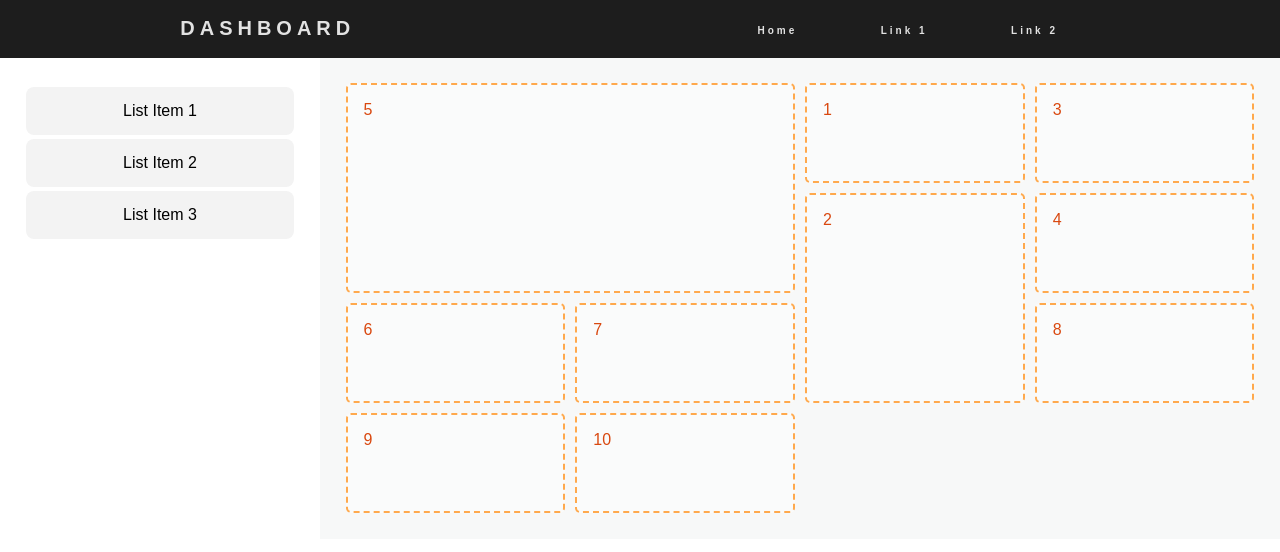
Repository: nourabdelhakam/drag-drop
Page: index.html
The author's editor kept a copy of each file at every save. The page is drawn from the files as they stood at one save, then again after the next save.
The browser window is 1280 px wide. The pictures show the whole page.

Above is the page before, as saved 2020-07-03 11:17:38.

### index.html
<!DOCTYPE html>
<html lang="en">
<head>
    <meta charset="UTF-8">
    <meta name="viewport" content="width=device-width, initial-scale=1.0">
    <meta http-equiv="X-UA-Compatible" content="ie=edge">
    <title>Drag & Drop</title>
    <link rel="stylesheet" href="nav/nav.css">
    <link rel="stylesheet" href="css/main.css">
</head>
<body>

    <!-- <nav> -->
        <nav>
            <div class="logo">
                <h4>Dashboard</h4>
            </div>
            <ul class="nav-links">
                <li><a href="">Home</a></li>
                <li><a href="">Link 1</a></li>
                <li><a href="">Link 2</a></li>
            </ul>
            <div class="burger">
                <div class="line1"></div>
                <div class="line2"></div>
                <div class="line3"></div>
            </div>
        </nav>
      <!-- </nav> end of nav -->

      <section>
                <div class="left">
                    <div class="list">
                        <div class="list-item" draggable="true">List Item 1</div>
                        <div class="list-item" draggable="true">List Item 2</div>
                        <div class="list-item" draggable="true">List Item 3</div>
                    </div>
                  </div>
                  <div class="right">
                      <div class="wrapper">
                        <div class="list">1</div>
                        <div class="list">2</div>
                        <div class="list">3</div>
                        <div class="list">4</div>
                        <div class="list">5</div>
                        <div class="list">6</div>
                        <div class="list">7</div>
                        <div class="list">8</div>
                        <div class="list">9</div>
                        <div class="list">10</div>
                      </div>
                  </div>
      </section>

    <script src="main.js" type="text/javascript"></script>
    <script src="nav/nav.js" type="text/javascript"></script>
</body>
</html>

### nav/nav.css
nav {
    display: flex;
    justify-content: space-around;
    align-items: center;
    min-height: 8vh;
    background-color: #1D1D1D;
    font-family: "Poppins", sans-serif;
}
.logo {
    color: rgb(226, 226, 226);
    text-transform: uppercase;
    letter-spacing: 5px;
    font-size: 20px;
}
.nav-links {
    display: flex;
    justify-content: space-around;
    width: 30%;
}
.nav-links li {
    list-style: none;
}
.nav-links a {
    color: rgb(226, 226, 226);
    text-decoration: none;
    letter-spacing: 3px;
    font-weight: bold;
    font-size: 10px;
}
.burger {
    display: none;
    cursor: pointer;
}
.burger div {
    width: 25px;
    height: 3px;
    background-color: rgb(226, 226, 226);
    margin: 5px;
    transition: all 0.3s ease;
}


@media screen and (max-width:1024px) {
    .nav-links {
        width: 60%;
    }
}

@media screen and (max-width:768px) {

    body {
        overflow-x: hidden;
    }
    .nav-links {
        position: absolute;
        right: 0px;
        height: 92vh;
        top: 8vh;
        background-color: #1D1D1D;
        display: flex;
        flex-direction: column;
        align-items: center;
        width: 50%;
        transform: translatex(100%);
        transition: transform 0.5s ease-in;
    }
    .nav-links li {
        opacity: 0;
    }
    .burger {
        display: block;
    }
}

.nav-active {
    transform: translatex(0%);
}

@keyframes navLinkFade {
    from {
        opacity: 0;
        transform: translatex(50%);
    }
    to {
        opacity: 1;
        transform: translatex(0%);
    }
}

.toggle .line1 {
    transform: rotate(-45deg) translate(-5px, 6px);
}
.toggle .line2 {
    opacity: 0;
}
.toggle .line3 {
    transform: rotate(45deg) translate(-5px, -6px);
}

.landing {
    height: 90vh;
    display: flex;
    justify-content: center;
    align-items: center;
}
.landing h1 {
    margin: 100px;
    font-size: 50px;
    color: #ae5fce;
}

### css/main.css
* {
    margin: 0;
    padding: 0;
    box-sizing: border-box;
}
body {
    font-family: Arial, Helvetica, sans-serif;
}
.left {
    width: 25%;
    height: 100%;
    float: left;
    padding: 2%;
}
.right {
    width: 75%;
    height: 100%;
    float: left;
    padding: 2%;
    background-color: #F7F8F8;
}
/* .list {
    width: 100%;
    min-width: 250px;
    max-width: 350px;
    height: 100%;
    min-height: 150px;

    margin: 0 15px;
    padding: 8px;
    transition: all 0.2s linear;
} */
.list-item {
    background-color: #F3F3F3;
    border-radius: 8px;
    padding: 15px 20px;
    text-align: center;
    margin: 4px 0;
}
/*

.lists .list {
    display: flex;
    flex-flow: column;
    flex: 1;

    width: 100%;
    min-width: 250px;
    max-width: 350px;
    height: 100%;
    min-height: 150px;

    background-color: rgba(0, 0, 0, 0.1);
    margin: 0 15px;
    padding: 8px;
    transition: all 0.2s linear;
}
 */



.wrapper > div {
    border: 2px dashed #ffa94d;
    border-radius: 5px;
    background-color: #FAFBFB;
    padding: 1em;
    color: #d9480f;
}
.wrapper {
  display: grid;
  grid-template-columns: repeat(4, 1fr);
  grid-auto-rows: 100px;
  grid-gap: 10px;
}
 .wrapper div:nth-child(2) {
   grid-column: 3;
   grid-row: 2 / 4;
}
 .wrapper div:nth-child(5) {
   grid-column: 1 / 3;
   grid-row: 1 / 3;
}

### main.js
const list_items = document.querySelectorAll('.list-item');
const lists = document.querySelectorAll('.list');

let draggedItem = null;

for (let i = 0; i < list_items.length; i++) {
	const item = list_items[i];

	item.addEventListener('dragstart', function () {
		draggedItem = item;
		setTimeout(function () {
			item.style.display = 'none';
		}, 0)
	});

	item.addEventListener('dragend', function () {
		setTimeout(function () {
			draggedItem.style.display = 'block';
			draggedItem = null;
		}, 0);
	})

	for (let j = 0; j < lists.length; j ++) {
		const list = lists[j];

		list.addEventListener('dragover', function (e) {
			e.preventDefault();
		});

		list.addEventListener('dragenter', function (e) {
			e.preventDefault();
			this.style.backgroundColor = 'rgba(0, 0, 0, 0.2)';
		});

		list.addEventListener('dragleave', function (e) {
			this.style.backgroundColor = 'rgba(0, 0, 0, 0.1)';
		});

		list.addEventListener('drop', function (e) {
			console.log('drop');
			this.append(draggedItem);
			this.style.backgroundColor = 'rgba(0, 0, 0, 0.1)';
		});
	}
}

### nav/nav.js
const navSlide = () => {
    const burger = document.querySelector('.burger');
    const nav = document.querySelector('.nav-links');
    const navLinks = document.querySelectorAll('.nav-links li');


    burger.addEventListener('click', () => {

        //Toggle Nav
        nav.classList.toggle('nav-active');

        //Animate Links
        navLinks.forEach((link, index) => {

            if (link.style.animation) {
                link.style.animation = '';
            } else {
                link.style.animation = `navLinkFade 0.5s ease forwards ${index / 7 + 0.3}s`;
            }

        });

        //Burger Animation
        burger.classList.toggle('toggle');
    });

}

navSlide();

After the next save:
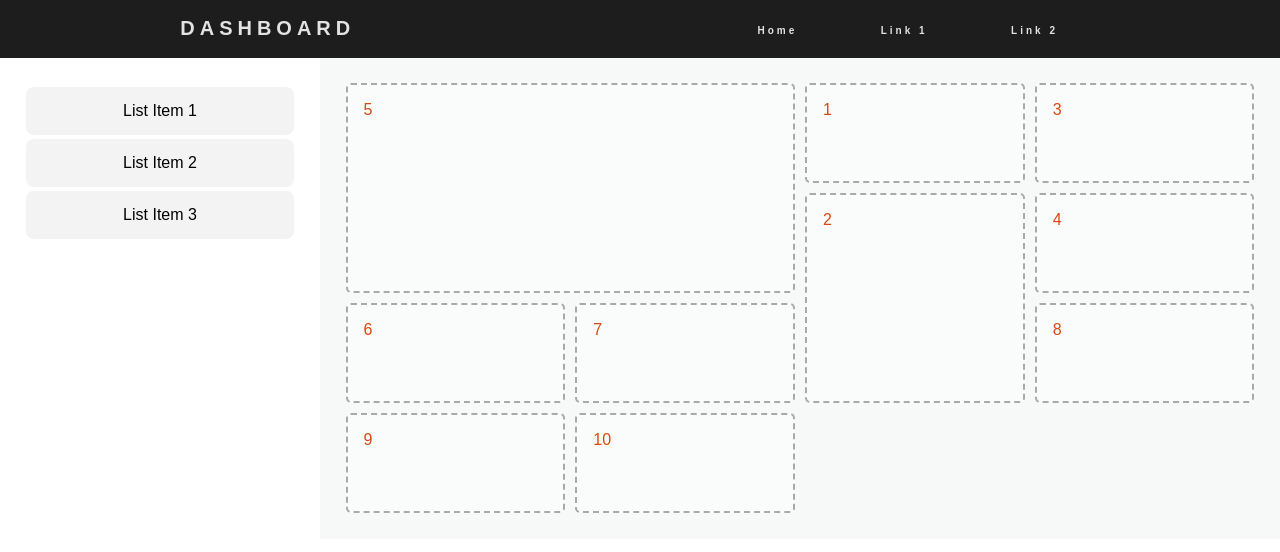
Saved 53 s later.
--- a/css/main.css
+++ b/css/main.css
@@ -60,7 +60,7 @@ body {
 
 
 .wrapper > div {
-    border: 2px dashed #ffa94d;
+    border: 2px dashed darkgrey;
     border-radius: 5px;
     background-color: #FAFBFB;
     padding: 1em;
